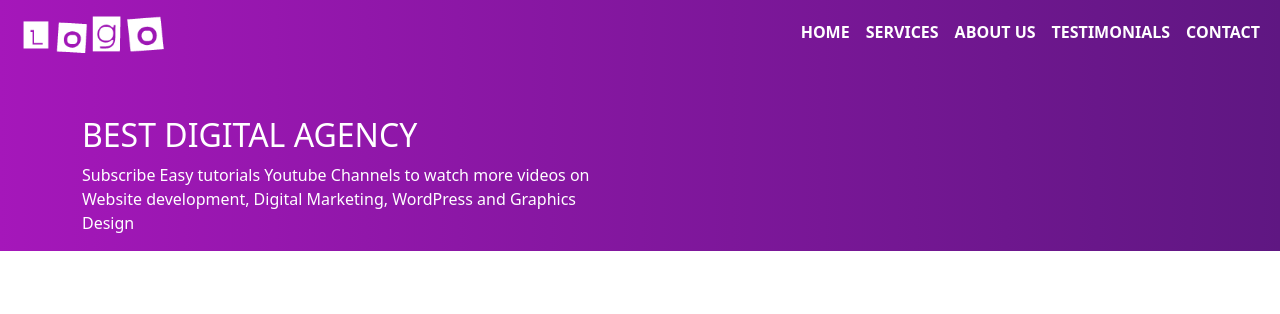
Repository: wadelfadill/Bootstrap_tache_2_website_design
Page: index.html
These files come from the project's save history. The page is drawn as it stood at one moment and after the next save; the edit follows.
The browser window is 1280 px wide. The pictures show the whole page.
Some web libraries are served in a nearby version.

Above is the page before, as saved 2023-04-05 15:53:45.

### index.html
<!DOCTYPE html>
<html lang="en">
<head>
    <meta charset="UTF-8">
    <meta http-equiv="X-UA-Compatible" content="IE=edge">
    <meta name="viewport" content="width=device-width, initial-scale=1.0">
    <!-- bootstrap css link -->
    <link href="https://cdn.jsdelivr.net/npm/bootstrap@5.1.3/dist/css/bootstrap.min.css" rel="stylesheet" integrity="sha384-1BmE4kWBq78iYhFldvKuhfTAU6auU8tT94WrHftjDbrCEXSU1oBoqyl2QvZ6jIW3" crossorigin="anonymous">
    <!-- css sheet link -->
    <link rel="stylesheet" href="style.css">
    <!-- fontawsome link -->
    <link rel="stylesheet" href="https://cdn.jsdelivr.net/npm/@fortawesome/fontawesome-free@6.2.1/css/fontawesome.min.css">
    <title>bootstrap_website_design</title>
    <script src="https://kit.fontawesome.com/8f130c8a35.js" crossorigin="anonymous"></script>
</head>
<body>
    <section id="nav-bar" class="sticky-top t-0">
        <nav class="navbar navbar-expand-lg navbar-light p-0">
            <div class="container-fluid">
              <a class="navbar-brand" href="#"><img src="images/demo-logo.png" alt="" class="w-75 h-50 p-2"></a>
              <button class="navbar-toggler" type="button" data-bs-toggle="collapse" data-bs-target="#navbarSupportedContent" aria-controls="navbarSupportedContent" aria-expanded="false" aria-label="Toggle navigation">
                <span><i class="fa-solid fa-bars fs-1" style="color: #ffffff;"></i></span>
              </button>
              <div class="collapse navbar-collapse justify-content-end" id="navbarSupportedContent">
                <ul class="navbar-nav ms-auto mb-2 mb-lg-0 ">
                  <li class="nav-item pt-0 pb-1 fw-bold">
                    <a class="nav-link active text-white float-end text-start" aria-current="page" href="#">HOME</a>
                  </li>
                  <li class="nav-item pt-0 pb-1 fw-bold">
                    <a class="nav-link text-white float-end text-start" href="#">SERVICES</a>
                  </li>
                  <li class="nav-item pt-0 pb-1 fw-bold">
                    <a class="nav-link text-white float-end text-start" href="#">ABOUT US</a>
                  </li>
                  <li class="nav-item pt-0 pb-1 fw-bold">
                    <a class="nav-link text-white float-end text-start" href="#">TESTIMONIALS</a>
                  </li>
                  <li class="nav-item pt-0 pb-1 fw-bold">
                    <a class="nav-link text-white float-end text-start" href="#">CONTACT</a>
                  </li>
                </ul>
              </div>
            </div>
          </nav>
    </section>
     <!--banner section  -->
     <section id="banner" class="text-white pt-5">
      <div class="container">
        <div class="row">
          <div class="col-md-6">
            <p class="h2">BEST DIGITAL AGENCY</p>
            <p>
              Subscribe Easy tutorials Youtube Channels to watch more videos on
              Website development, Digital Marketing, WordPress and Graphics Design
            </p>
          </div>
        </div>
      </div>
     </section>

        <!-- bootstrap js link -->
    <script src="https://cdn.jsdelivr.net/npm/bootstrap@5.1.3/dist/js/bootstrap.bundle.min.js" integrity="sha384-ka7Sk0Gln4gmtz2MlQnikT1wXgYsOg+OMhuP+IlRH9sENBO0LRn5q+8nbTov4+1p" crossorigin="anonymous"></script>
</body>
</html>

### style.css
*{
    margin: 0;
    padding: 0;
}
.navbar{
    background-image: linear-gradient(to right, #a517ba, #5f1782);
}
.navbar-toggler{
    outline: none !important;
}
/* Banner section */
#banner{
    background-image: linear-gradient(to right, #a517ba, #5f1782);


}

After the next save:
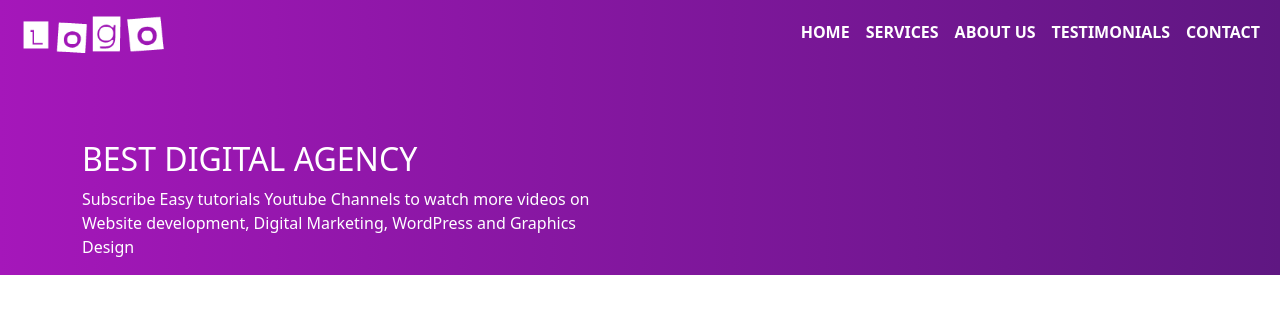
Saved 17 s later.
--- a/index.html
+++ b/index.html
@@ -48,7 +48,7 @@
       <div class="container">
         <div class="row">
           <div class="col-md-6">
-            <p class="h2">BEST DIGITAL AGENCY</p>
+            <p class="h2 mt-4">BEST DIGITAL AGENCY</p>
             <p>
               Subscribe Easy tutorials Youtube Channels to watch more videos on
               Website development, Digital Marketing, WordPress and Graphics Design
